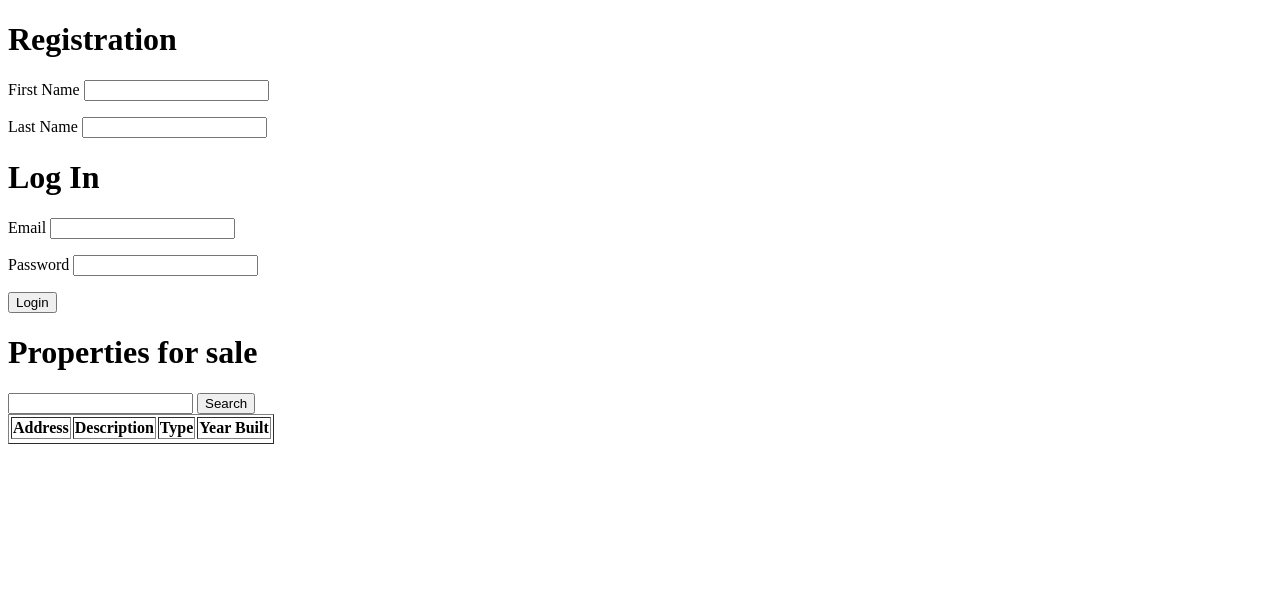
Repository: rickytorrez/test
Page: http://localhost/dcHome/WEB-INF/home.jsp
An editor plug-in stored every save of this project. The page is shown before and after the next save, followed by the edit.
The browser window is 1280 px wide. The pictures show the whole page.
The page is served by Tomcat 9. Nobody is signed in. The template is opened directly, without the code that normally fills it, so the values that code supplies are empty.

Above is the page before, as saved 2018-06-01 18:22:02.

After the next save:
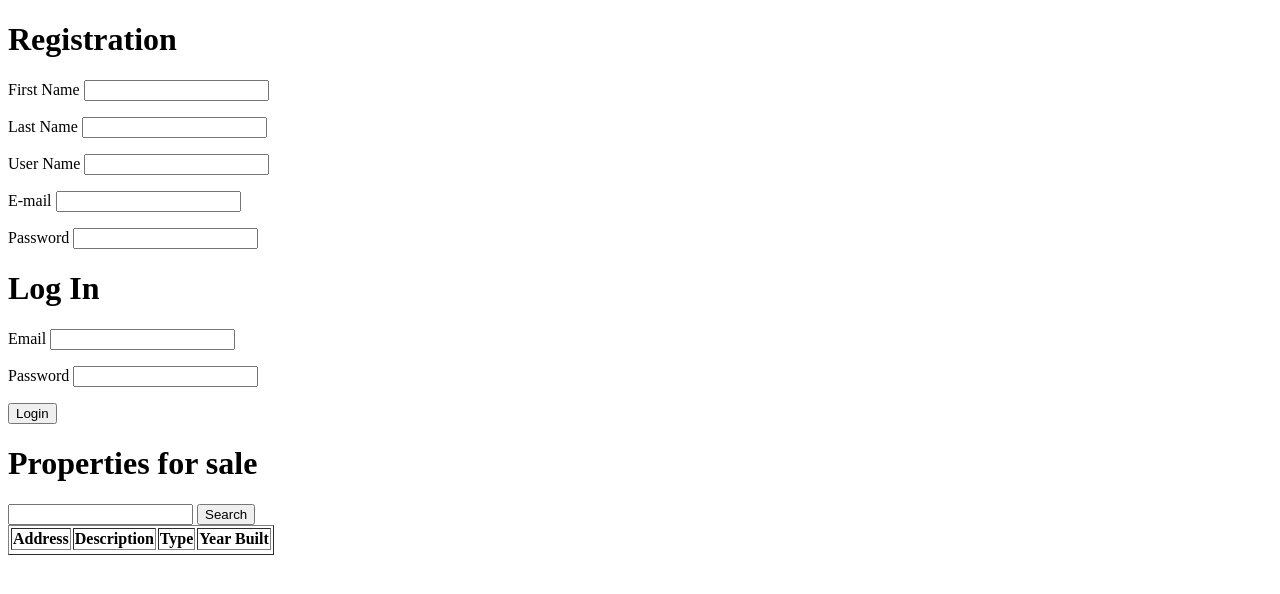
Saved 2 min 51 s later.
--- a/dcHome/src/main/webapp/WEB-INF/home.jsp
+++ b/dcHome/src/main/webapp/WEB-INF/home.jsp
@@ -75,6 +75,18 @@
 	 			<label>Last Name</label>
 	 			<input type="text" name="lastname">
  			</p>
+ 			<p>
+	 			<label>User Name</label>
+	 			<input type="text" name="username">
+ 			</p>
+ 			<p>
+	 			<label>E-mail</label>
+	 			<input type="text" name="email">
+ 			</p>
+ 			<p>
+	 			<label>Password</label>
+	 			<input type="password" name="password">
+ 			</p>
 
 
  		</form>
